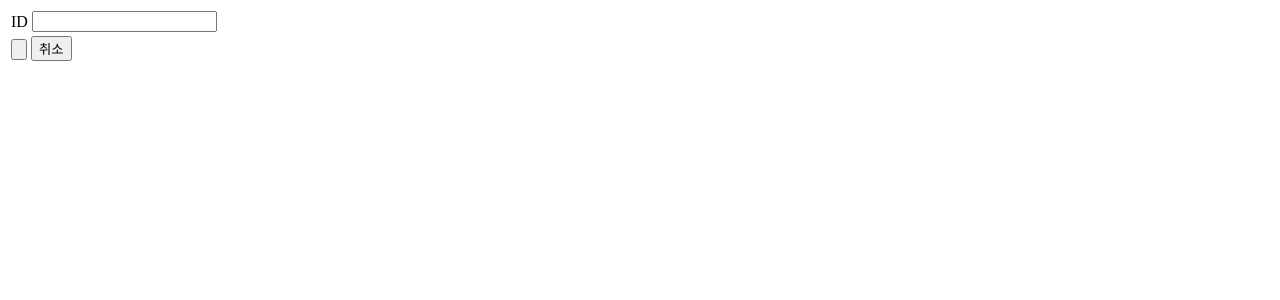
Repository: leedh909/Academy-web-
Page: 실습자료/JS(eclipse)/eclipse-js/JavaScript/WebContent/js13_window03.html
These files come from the project's save history. The page is drawn as it stood at one moment and after the next save; the edit follows.
The browser window is 1280 px wide. The pictures show the whole page.

Above is the page before, as saved 2020-06-15 04:51:10.

After the next save:
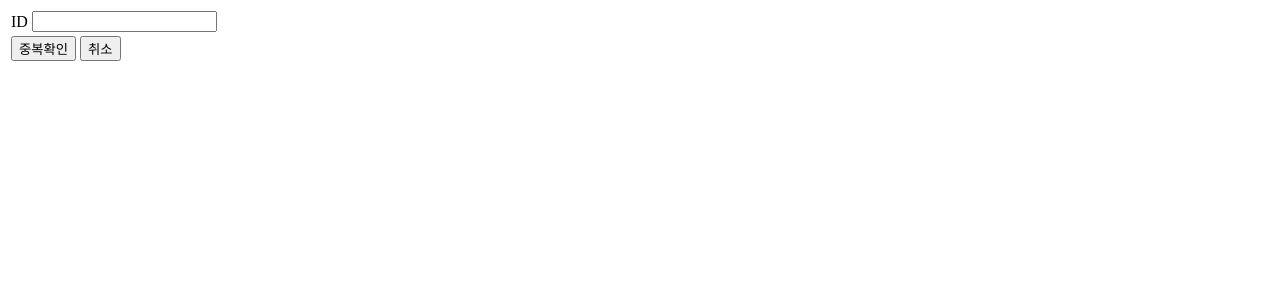
Saved 30 s later.
--- a/실습자료/JS(eclipse)/eclipse-js/JavaScript/WebContent/js13_window03.html
+++ b/실습자료/JS(eclipse)/eclipse-js/JavaScript/WebContent/js13_window03.html
@@ -13,7 +13,7 @@
 	</tr>
 	<tr>
 		<td colspan="2">
-			<input type="button" >
+			<input type="button" value="중복확인" onclick="confirmChk();">
 			<input type="button" value="취소" onclick="self.close();">
 		</td>
 	</tr>
